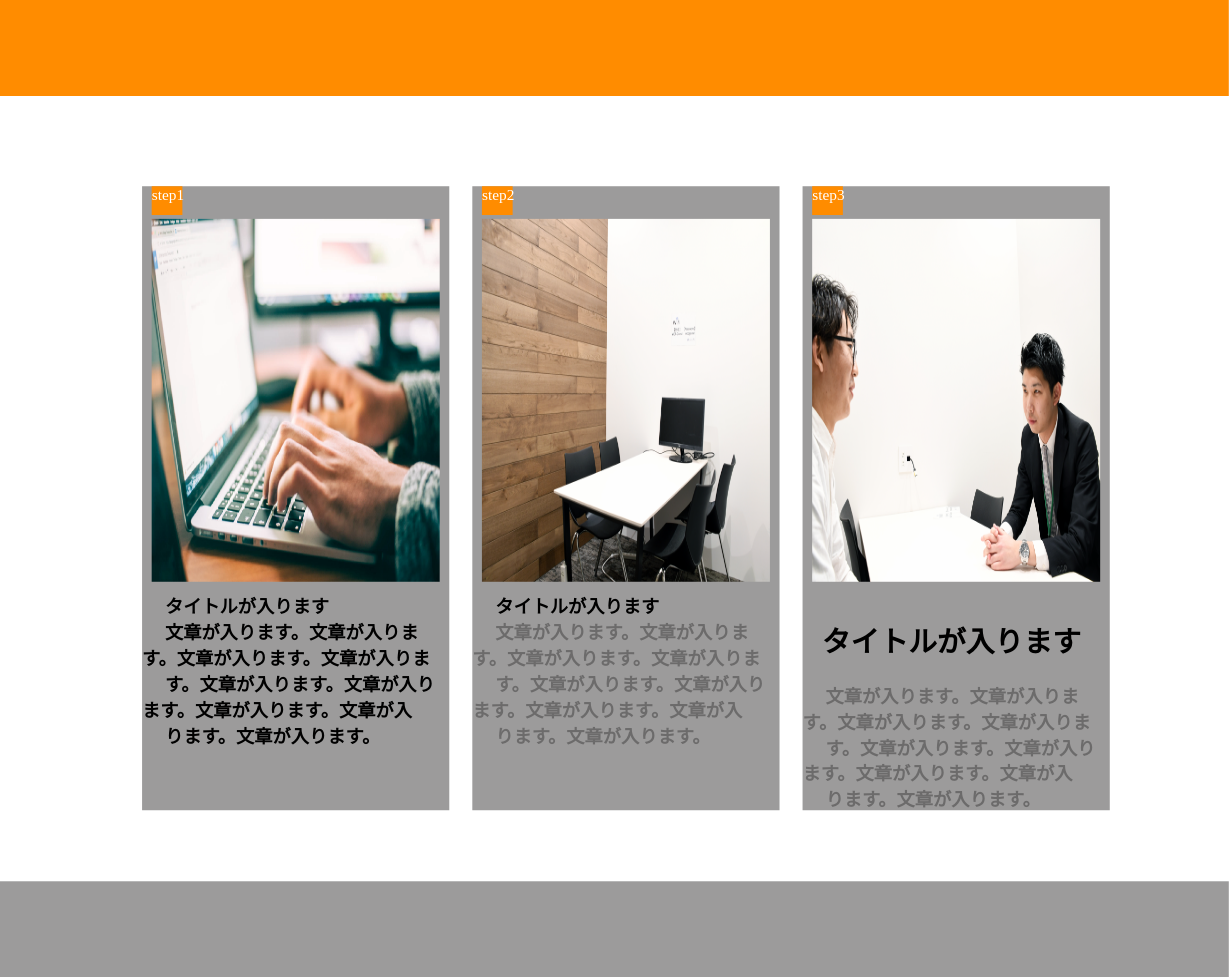
Repository: shiotaryuto/kadai1-10
Page: 課題/課題.html
The author's editor kept a record of every edit. The page is drawn from the files as they stood at one moment, then again after the next edit.
The browser window is 1280 px wide. The pictures show the whole page, at 96% of full size.
Some web libraries are served in a nearby version.

Above is the page before.

### 課題/課題.html
<!DOCTYPE html>
<html lang="ja">
  <head>
    <meta charset="UTF-8" />
    <meta name="viewport" content="width=device-width,initial-scale=1.0">
    <script src="https://kit.fontawesome.com/35efbb9d9d.js" crossorigin="anonymous"></script>
    <link rel="stylesheet" href="style.css" />
    <title>課題提出</title>
  </head>

  <body>
    <header></header>

　<main>
　    <div class="step1">
　      <img class="step1-img" src="img/flow01.png" />
　    <div class="step1-heading">step1</div>
　     <div class="step1-item">
　        <h3 class="step1-text-heading">
　          タイトルが入ります<br>
　         文章が入ります。文章が入ります。文章が入ります。文章が入りま
　          す。文章が入ります。文章が入ります。文章が入ります。文章が入
　          ります。文章が入ります。
　          </h2>
　        </h3>
　      </div>
　    </div>

　     <div class="step2">
　      <img class="step2-img" src="img/flow02.png" />
　    <div class="step2-heading">step2</div>
　     <div class="step2-item">
　        <h3 class="step2-text-heading">
　        タイトルが入ります<br>
　          <p1>文章が入ります。文章が入ります。文章が入ります。文章が入りま
　          す。文章が入ります。文章が入ります。文章が入ります。文章が入
　          ります。文章が入ります。
　          </h2>
　        </h3>
　      </div>
　    </div>

　     <div class="step3">
　      <img class="step3-img" src="img/flow03.png" />
　    <div class="step3-heading">step3</div>
　     <div class="step3-item">
　        <h3 class="step3-text-heading">
　         <p>タイトルが入ります</p></br>
　         <p1> 文章が入ります。文章が入ります。文章が入ります。文章が入りま
　          す。文章が入ります。文章が入ります。文章が入ります。文章が入
　          ります。文章が入ります。</p1>
　          </h2>
　        </h3>
　      </div>
　    </div>
　</main>
　<footer></footer>
  </body>

### 課題/style.css
* {
  margin: 0;
  padding: 0;
  box-sizing: border-box;
  color: #6c6b6b;
}

a{
  text-decoration: none;
}

header{
  width: 100%;
  padding: 50px;
  background-color: #ff8c00;
}

main{
  width: 100%;
  margin-top: 50px;
  margin-bottom: 50px;
}

.step1{
  position: relative;
  display: inline-block;
  width: 25%;
  height: 650px;
  margin-left: 10%;
text-align: center;
padding: 10px;
  background-color: #9c9b9b;
}
.step1-heading{
  position: absolute;
width: 10%;
height: 30px;
top: 0;
  background-color: #ff8c00;
  color: white;
}

.step1-img{
  width: 100%;
  height: 60%;
}

.step1-item{
 width: 100%;
 left: 0;
}

.step1-text-heading{
  position: absolute;
  text-align: left;
  width: 100%;
  top: 65%;
  left: 0;
  font-size: 19px;
  color: black;
}

.step2{
  position: relative;
  display: inline-block;
  width: 25%;
  height: 650px;
  margin-top: 20px;
text-align: center;
padding: 10px;
  background-color: #9c9b9b;
}

.step2-heading{
  position: absolute;
width: 10%;
height: 30px;
top: 0;
  background-color: #ff8c00;
  color: white;
}

.step2-img{
  width: 100%;
  height: 60%;
}

.step2-item{
 width: 100%;
 left: 0;
}

.step2-text-heading{
  position: absolute;
  text-align: left;
  width: 100%;
  top: 65%;
  left: 0;
  font-size: 19px;
  color: black;
}

.step3{
  position: relative;
  display: inline-block;
  width: 25%;
  height: 650px;
  margin-top: 20px;
text-align: center;
padding: 10px;
  background-color: #9c9b9b;
}

.step3-heading{
  position: absolute;
width: 10%;
height: 30px;
top: 0;
  background-color: #ff8c00;
  color: white;

}

.step3-img{
  width: 100%;
  height: 60%;
}


.step3-item{
 width: 100%;
 left: 0;
}

.step3-text-heading{
  position: absolute;
  text-align: left;
  width: 100%;
  top: 65%;
  left: 0;
  font-size: 19px;
  color: black;
}

p{
  font-size: 30px;
  padding-left: 20px;
  color: black;

}
footer{
  width: 100%;
  padding: 50px;
  background-color: #9c9b9b;
}

@media screen and (max-width:768px){
  header{
    width: 100%;
  }

main{
  width: 100%;
}

.step1{
  width: 80%;
  height: 400px;
  left: 0;
}

.step1-text-heading{
  top: 60%;
  font-size: 15px;
}

.step2{
  width: 80%;
  height: 400px;
  margin-left: 10%;
}

.step2-text-heading{
  top: 60%;
  font-size: 15px;
}

.step3{
  width: 80%;
  height: 400px;
  margin-left: 10%;
}

.step3-text-heading{
  top: 60%;
  font-size: 15px;
}

footer{
  width: 100%;
}

After the next edit:
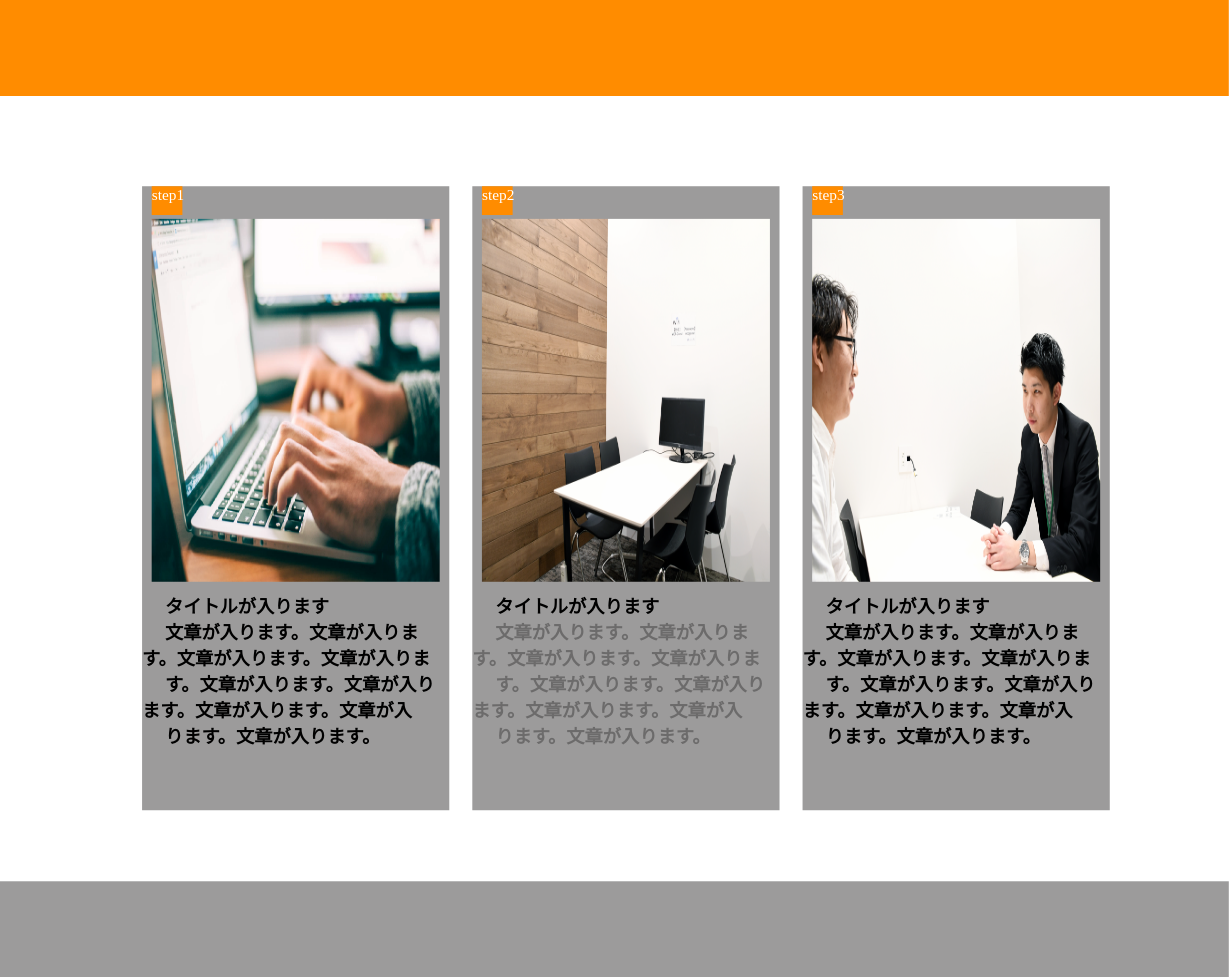
The edit:
--- a/課題/課題.html
+++ b/課題/課題.html
@@ -45,8 +45,8 @@
 　    <div class="step3-heading">step3</div>
 　     <div class="step3-item">
 　        <h3 class="step3-text-heading">
-　         <p>タイトルが入ります</p></br>
-　         <p1> 文章が入ります。文章が入ります。文章が入ります。文章が入りま
+　        タイトルが入ります<br>
+　         文章が入ります。文章が入ります。文章が入ります。文章が入りま
 　          す。文章が入ります。文章が入ります。文章が入ります。文章が入
 　          ります。文章が入ります。</p1>
 　          </h2>
